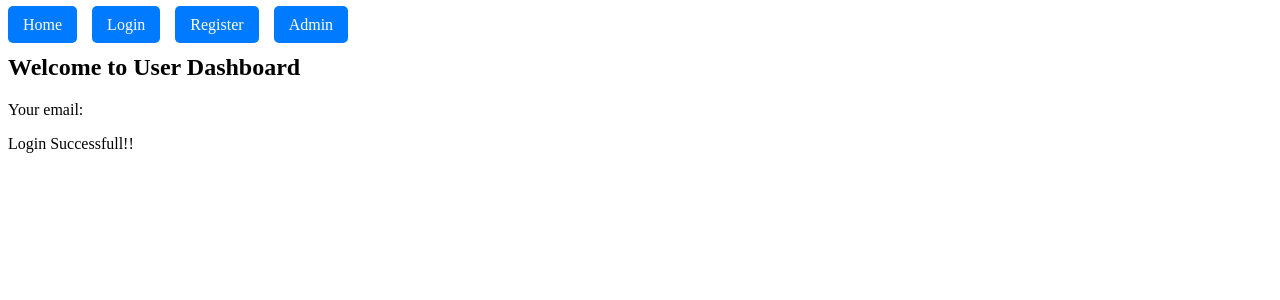
Repository: AhmedIbu/angular-login-app
Page: /user-dashboard (app in angular-login-app/)
These files come from the project's save history. The page is drawn as it stood at one moment and after the next save; the edit follows.
The browser window is 1280 px wide. The pictures show the whole page.
The project was rebuilt for these pictures with package versions that can differ from the ones it lists, and the page was loaded fresh each time. Also part of the build but not shown: angular-login-app/angular.json, angular-login-app/src/app/login/login.component.ts, angular-login-app/src/app/services/auth.service.ts, angular-login-app/src/app/register/register.component.ts, angular-login-app/src/app/services/user.service.ts, angular-login-app/src/app/admin-dashboard/admin-dashboard.component.ts, angular-login-app/src/app/admin-login/admin-login.component.ts.

Above is the page before, as saved 2025-02-20 11:40:15.

### angular-login-app/src/index.html
<!doctype html>
<html lang="en">
<head>
  <meta charset="utf-8">
  <title>AngularLoginApp</title>
  <base href="/">
  <meta name="viewport" content="width=device-width, initial-scale=1">
  <link rel="icon" type="image/x-icon" href="favicon.ico">
</head>
<body>
  <app-root></app-root>
</body>
</html>

### angular-login-app/src/main.ts
import { bootstrapApplication } from '@angular/platform-browser';
import { appConfig } from './app/app.config';
import { AppComponent } from './app/app.component';
import { provideHttpClient } from '@angular/common/http';

bootstrapApplication(AppComponent, {
  ...appConfig, // ✅ Spread existing config
  providers: [
    ...appConfig.providers, // ✅ Keep existing providers
    provideHttpClient() // ✅ Ensure HTTP client is provided
  ]
}).catch(err => console.error(err));

### angular-login-app/src/app/app.config.ts
import { ApplicationConfig } from '@angular/core';
import { provideRouter, Routes } from '@angular/router';
import { provideHttpClient } from '@angular/common/http';

// ✅ Import standalone components
import { HomeComponent } from './home/home.component';
import { LoginComponent } from './login/login.component';
import { RegisterComponent } from './register/register.component';
import { AdminDashboardComponent } from './admin-dashboard/admin-dashboard.component';
import { AdminLoginComponent } from './admin-login/admin-login.component';
import { UserDashboardComponent } from './user-dashboard/user-dashboard.component';

// ✅ Define routes
const routes: Routes = [
  { path: '', redirectTo: 'user-dashboard', pathMatch: 'full' }, // Default route
  { path: 'login', component: LoginComponent },
  { path: 'register', component: RegisterComponent },
  { path: 'admin-login', component: AdminLoginComponent },
  { path: 'user-dashboard', component: UserDashboardComponent },
  { path: 'admin-dashboard', component: AdminDashboardComponent },
  { path: '**', redirectTo: 'user-dashboard' } // Catch-all for unknown routes
];

export const appConfig: ApplicationConfig = {
  providers: [
    provideRouter(routes),
    provideHttpClient()
  ]
};

### angular-login-app/src/app/app.component.ts
import { Component } from '@angular/core';
import { RouterModule } from '@angular/router';

@Component({
  selector: 'app-root',
  standalone: true,
  imports: [RouterModule],
  templateUrl: './app.component.html',
  styleUrls: ['./app.component.css']
})
export class AppComponent { }

### angular-login-app/src/app/user-dashboard/user-dashboard.component.ts
import { Component } from '@angular/core';

@Component({
  selector: 'app-user-dashboard',
  templateUrl: './user-dashboard.component.html',
  styleUrls: ['./user-dashboard.component.css']
})
export class UserDashboardComponent {
  userEmail = localStorage.getItem('token'); // Retrieve the user's token
}

### angular-login-app/src/app/app.component.html
<nav>
  <ul>
    <li><a routerLink="/">Home</a></li>
    <li><a routerLink="/login">Login</a></li>
    <li><a routerLink="/register">Register</a></li>
    <li><a routerLink="/admin-login">Admin </a></li>
  </ul>
</nav>


<router-outlet></router-outlet>

### angular-login-app/src/app/app.component.css
nav ul {
    list-style: none;
    padding: 0;
    display: flex;
    gap: 15px;
  }

  nav ul li {
    display: inline;
  }

  nav ul li a {
    text-decoration: none;
    padding: 10px 15px;
    background-color: #007bff;
    color: white;
    border-radius: 5px;
  }

  nav ul li a:hover {
    background-color: #0056b3;
  }

  .active {
    font-weight: bold;
    text-decoration: underline;
  }

### angular-login-app/src/app/user-dashboard/user-dashboard.component.html
<div class="dashboard">
    <h2>Welcome to User Dashboard</h2>
    <p>Your email: {{ userEmail }}</p>
    <p>Login Successfull!!</p>
  </div>

Loaded but not shown: angular-login-app/src/styles.css (common file); angular-login-app/src/app/user-dashboard/user-dashboard.component.css (no stored copy; drawn as an empty file)

After the next save:
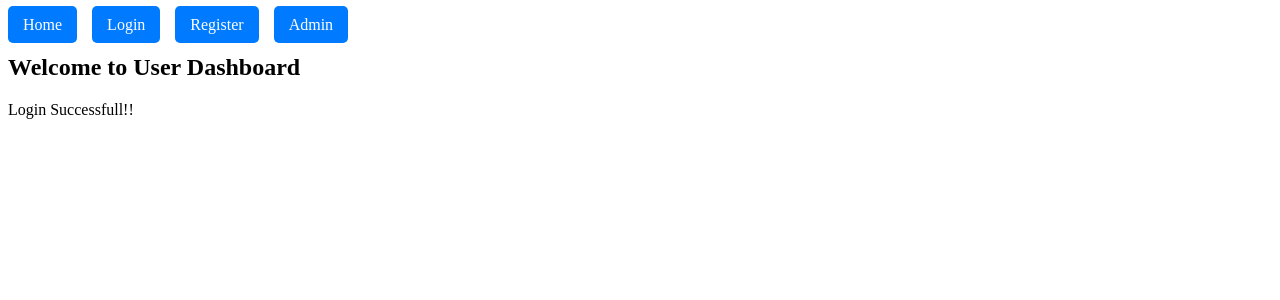
Saved 65 s later.
--- a/angular-login-app/src/app/user-dashboard/user-dashboard.component.html
+++ b/angular-login-app/src/app/user-dashboard/user-dashboard.component.html
@@ -1,5 +1,5 @@
 <div class="dashboard">
     <h2>Welcome to User Dashboard</h2>
-    <p>Your email: {{ userEmail }}</p>
+
     <p>Login Successfull!!</p>
   </div>
